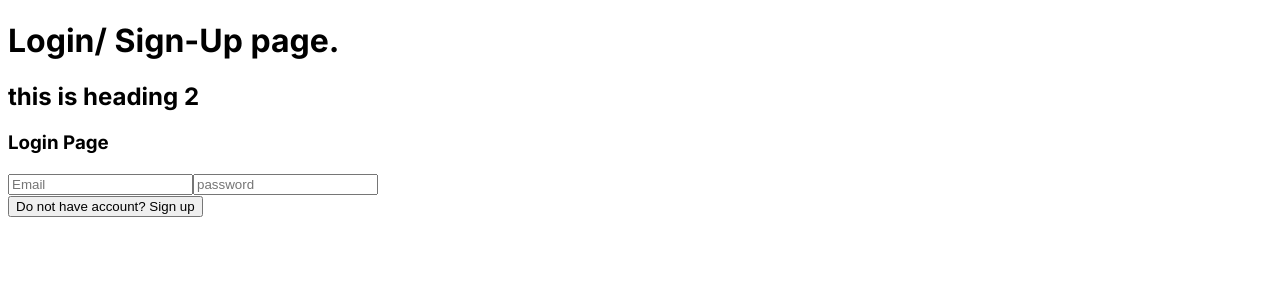
Repository: its-kundan/food-on-time
Page: /restaurant
The author's editor kept a copy of each file at every save. The page is drawn from the files as they stood at one save, then again after the next save.
The browser window is 1280 px wide. The pictures show the whole page.
The project was rebuilt for these pictures with package versions that can differ from the ones it lists, and the page was loaded fresh each time. The framework's server and built-in components were replaced by stand-ins that run in the browser. Also part of the build but not shown: next.config.mjs, src/app/globals.css, src/app/_components/SignUp.jsx.

Above is the page before, as saved 2024-07-24 19:40:30.

After the next save:
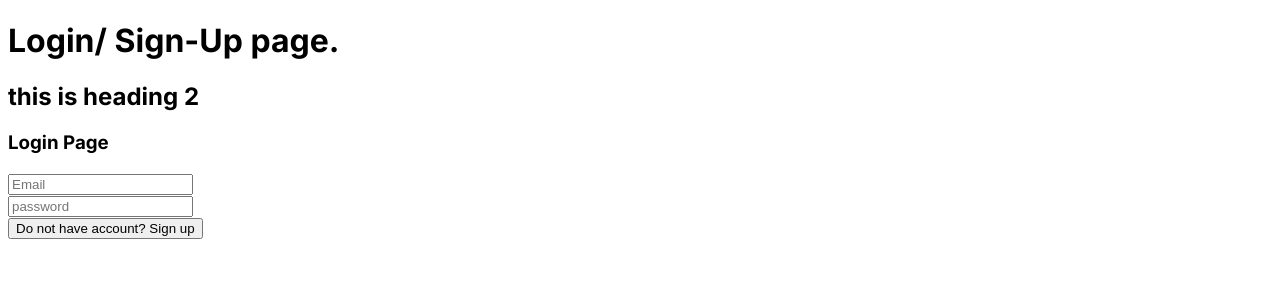
Saved 66 s later.
--- a/src/app/_components/Login.jsx
+++ b/src/app/_components/Login.jsx
@@ -5,6 +5,7 @@ function Login() {
     <>
         <h3> Login  Page</h3>
         <input type="email" placeholder="Email" />
+        <br />
         <input type="password" placeholder="password" />
     </>
   )
